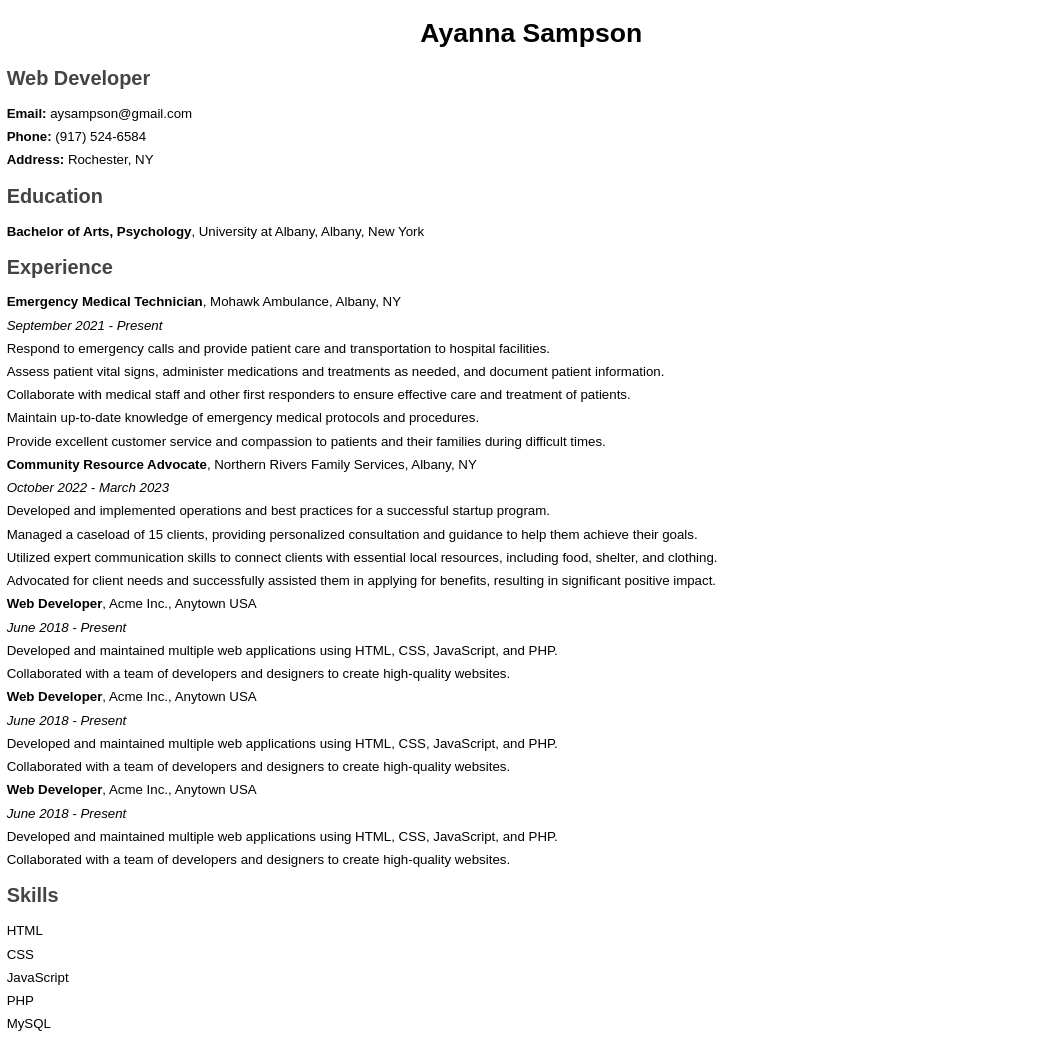
Repository: ayannasampson/htmlresume
Page: resume.html
An editor plug-in stored every save of this project. The page is shown before and after the next save, followed by the edit.
The browser window is 1280 px wide. The pictures show the whole page, at 83% of full size.

Above is the page before, as saved 2023-03-15 14:33:38.

### resume.html
<!DOCTYPE html>
<html>
<head>
	<title> Ayanna Sampson's Resume</title>
	<style>
		body {
			font-family: Arial, sans-serif;
		}

		h1 {
			text-align: center;
		}

		h2 {
			color: #444;
		}

		ul {
			list-style-type: none;
			margin: 0;
			padding: 0;
		}

		li {
			margin-bottom: 10px;
		}

		.bold {
			font-weight: bold;
		}

		.italic {
			font-style: italic;
		}
	</style>
</head>
<body>
	<h1>Ayanna Sampson</h1>
	<h2>Web Developer</h2>

	<ul>
		<li><span class="bold">Email:</span> aysampson@gmail.com</li>
		<li><span class="bold">Phone:</span> (917) 524-6584</li>
		<li><span class="bold">Address:</span> Rochester, NY</li>
	</ul>

	<h2>Education</h2>
	<ul>
		<li><span class="bold">Bachelor of Arts, Psychology</span>, University at Albany, Albany, New York</li>
	</ul>

	<h2>Experience</h2>
	<ul>
        <li><span class="bold">Emergency Medical Technician</span>, Mohawk Ambulance, Albany, NY</li>
		<li><span class="italic">September 2021 - Present</span></li>
		<li>Respond to emergency calls and provide patient care and transportation to hospital facilities.</li>
		<li>Assess patient vital signs, administer medications and treatments as needed, and document patient information.</li>
        <li>Collaborate with medical staff and other first responders to ensure effective care and treatment of patients.</li>
        <li>Maintain up-to-date knowledge of emergency medical protocols and procedures.</li>
        <li>Provide excellent customer service and compassion to patients and their families during difficult times.</li>


		<li><span class="bold">Community Resource Advocate</span>, Northern Rivers Family Services, Albany, NY</li>
		<li><span class="italic">October 2022 - March 2023</span></li>
		<li>Developed and implemented operations and best practices for a successful startup program.</li>
		<li>Managed a caseload of 15 clients, providing personalized consultation and guidance to help them achieve their goals.</li>
        <li>Utilized expert communication skills to connect clients with essential local resources, including food, shelter, and clothing.</li>
        <li>Advocated for client needs and successfully assisted them in applying for benefits, resulting in significant positive impact.</li>

        <li><span class="bold">Web Developer</span>, Acme Inc., Anytown USA</li>
		<li><span class="italic">June 2018 - Present</span></li>
		<li>Developed and maintained multiple web applications using HTML, CSS, JavaScript, and PHP.</li>
		<li>Collaborated with a team of developers and designers to create high-quality websites.</li>

        <li><span class="bold">Web Developer</span>, Acme Inc., Anytown USA</li>
		<li><span class="italic">June 2018 - Present</span></li>
		<li>Developed and maintained multiple web applications using HTML, CSS, JavaScript, and PHP.</li>
		<li>Collaborated with a team of developers and designers to create high-quality websites.</li>

        <li><span class="bold">Web Developer</span>, Acme Inc., Anytown USA</li>
		<li><span class="italic">June 2018 - Present</span></li>
		<li>Developed and maintained multiple web applications using HTML, CSS, JavaScript, and PHP.</li>
		<li>Collaborated with a team of developers and designers to create high-quality websites.</li>

	</ul>


	<h2>Skills</h2>
	<ul>
		<li>HTML</li>
		<li>CSS</li>
		<li>JavaScript</li>
		<li>PHP</li>
		<li>MySQL</li>
	</ul>
</body>
</html>

After the next save:
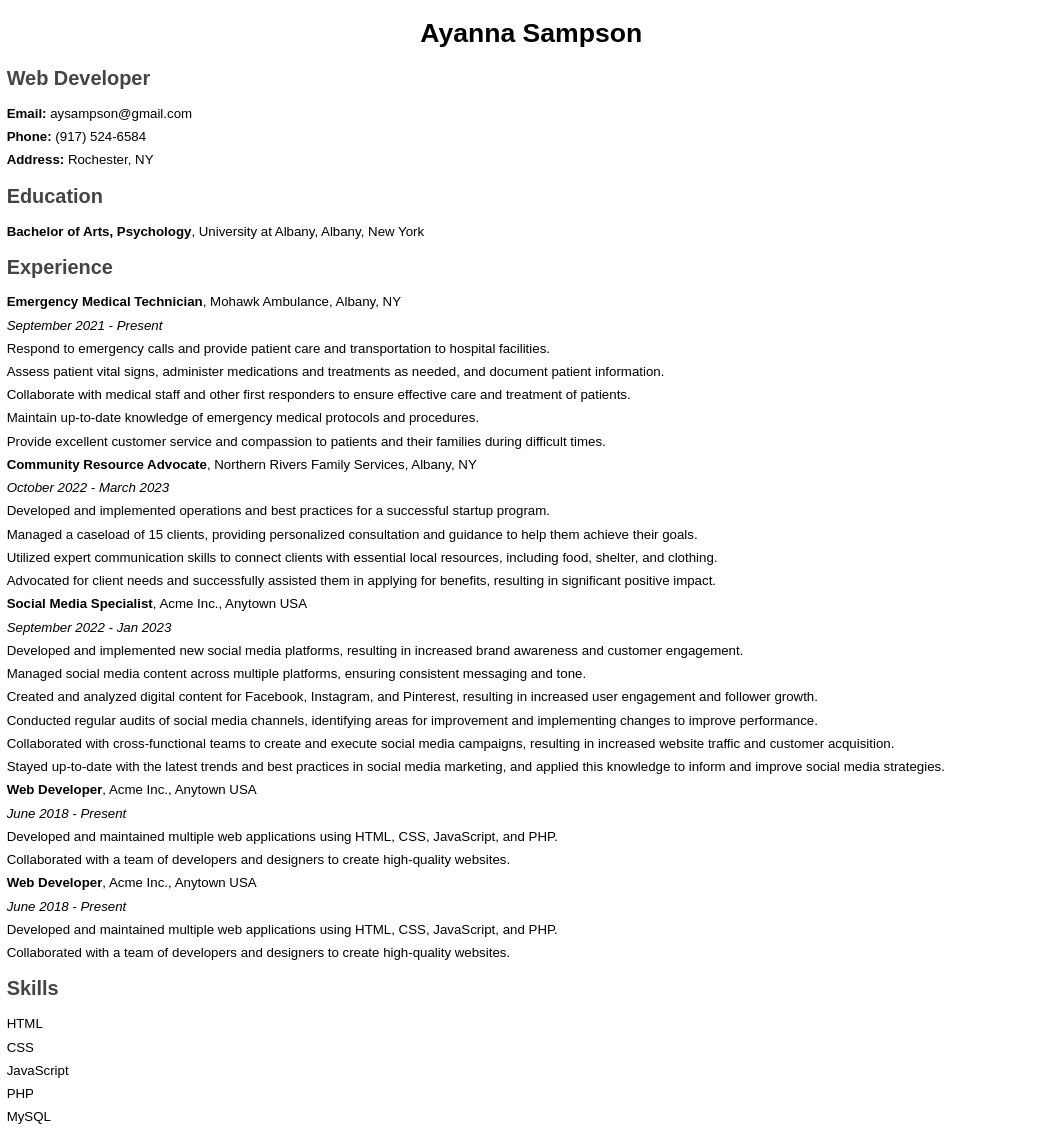
Saved 8 min 25 s later.
--- a/resume.html
+++ b/resume.html
@@ -67,10 +67,15 @@
         <li>Utilized expert communication skills to connect clients with essential local resources, including food, shelter, and clothing.</li>
         <li>Advocated for client needs and successfully assisted them in applying for benefits, resulting in significant positive impact.</li>
 
-        <li><span class="bold">Web Developer</span>, Acme Inc., Anytown USA</li>
-		<li><span class="italic">June 2018 - Present</span></li>
-		<li>Developed and maintained multiple web applications using HTML, CSS, JavaScript, and PHP.</li>
-		<li>Collaborated with a team of developers and designers to create high-quality websites.</li>
+        <li><span class="bold">Social Media Specialist</span>, Acme Inc., Anytown USA</li>
+		<li><span class="italic">September 2022 - Jan 2023</span></li>
+		<li> Developed and implemented new social media platforms, resulting in increased brand awareness and customer engagement.
+        <li> Managed social media content across multiple platforms, ensuring consistent messaging and tone.</li>
+        <li>Created and analyzed digital content for Facebook, Instagram, and Pinterest, resulting in increased user engagement and follower growth.</li>
+        <li>Conducted regular audits of social media channels, identifying areas for improvement and implementing changes to improve performance.</li>
+        <li>Collaborated with cross-functional teams to create and execute social media campaigns, resulting in increased website traffic and customer acquisition.</li>
+        <li>Stayed up-to-date with the latest trends and best practices in social media marketing, and applied this knowledge to inform and improve social media strategies.</li>
+
 
         <li><span class="bold">Web Developer</span>, Acme Inc., Anytown USA</li>
 		<li><span class="italic">June 2018 - Present</span></li>
